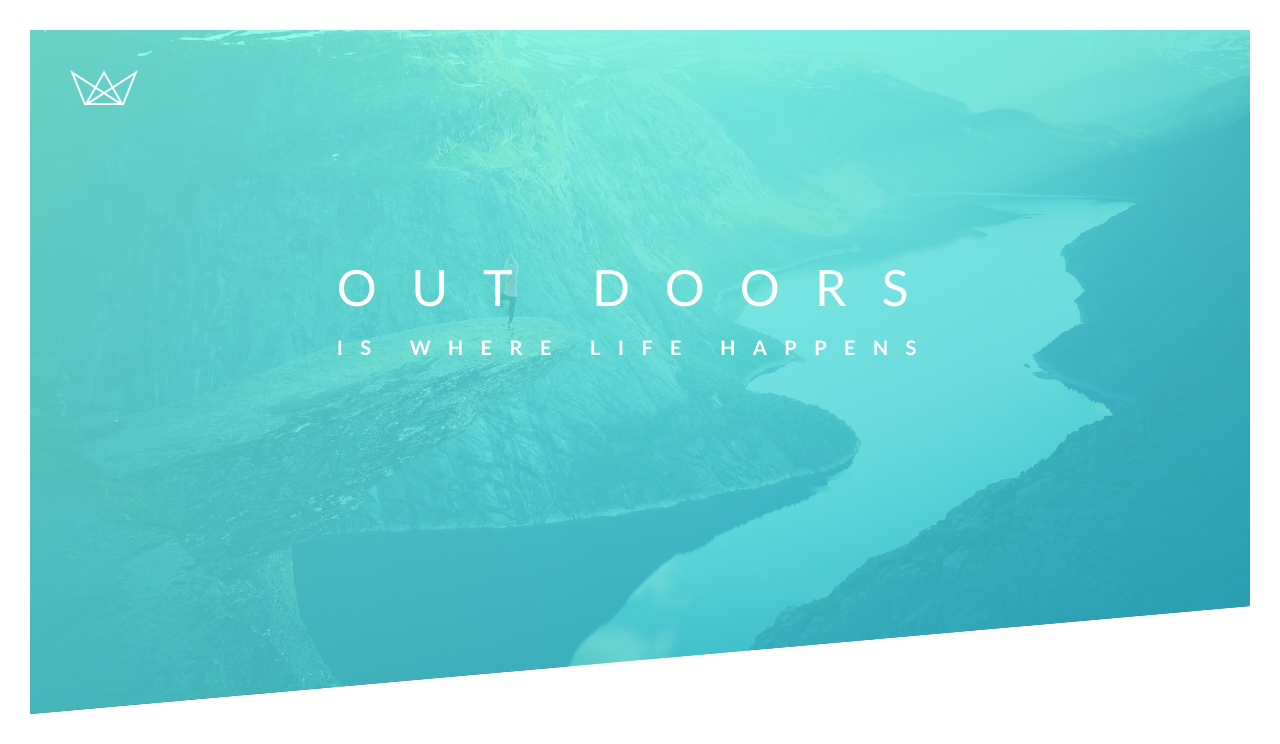
Repository: haokiet2501/natours-page
Page: index.html
These files come from the project's save history. The page is drawn as it stood at one moment and after the next save; the edit follows.
The browser window is 1280 px wide. The pictures show the whole page.

Above is the page before, as saved 2022-07-31 17:13:02.

After the next save:
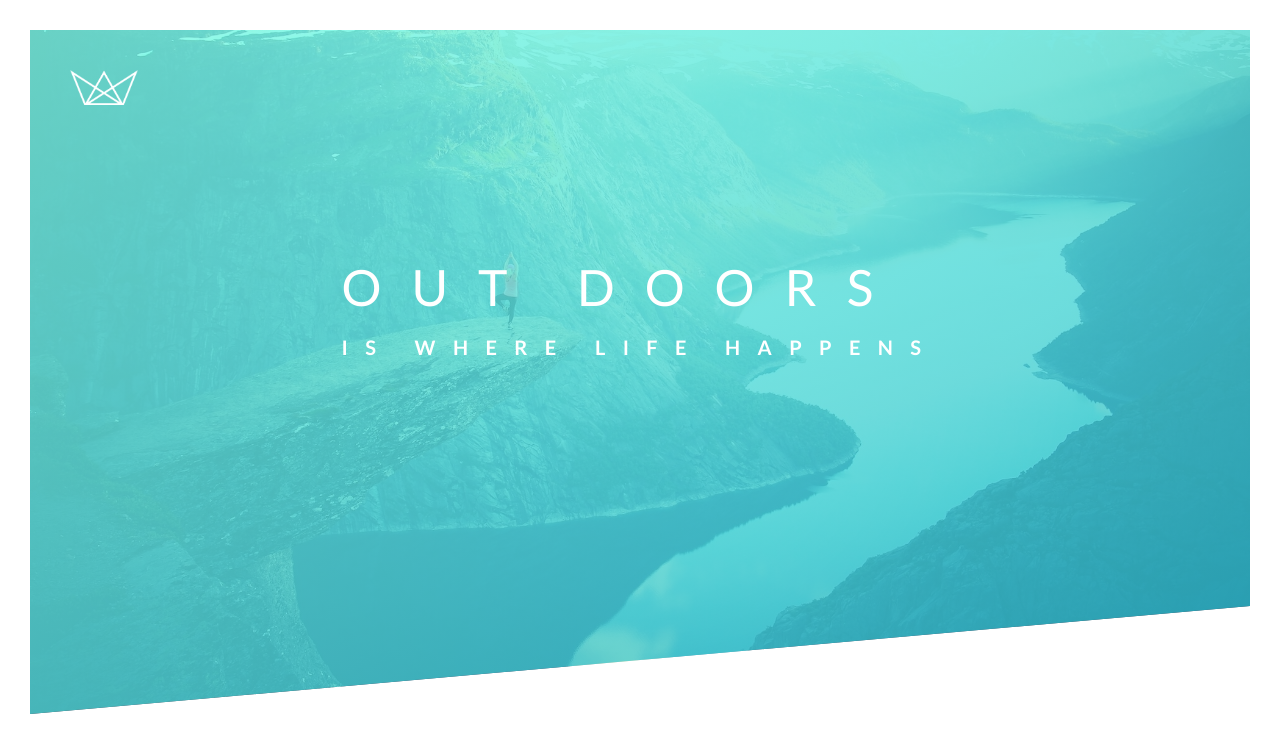
Saved 28 s later.
--- a/styles.css
+++ b/styles.css
@@ -64,7 +64,7 @@ html {
     display: block;
     font-size: 50px;
     font-weight: 400;
-    letter-spacing: 35px;
+    letter-spacing: 30px;
 }
 
 .heading-subtext {
